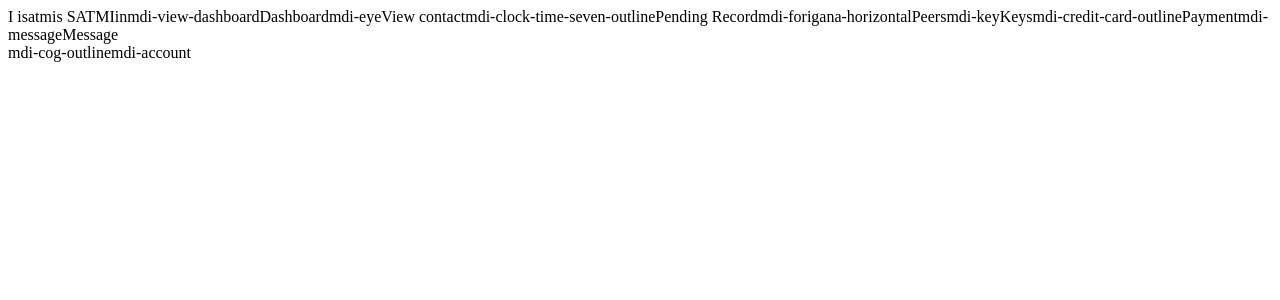
Repository: umarrg/isatmis
Page: /home
An editor plug-in stored every save of this project. The page is shown before and after a run of saves, followed by the edit.
The browser window is 1280 px wide. The pictures show the whole page.
The project was rebuilt for these pictures with package versions that can differ from the ones it lists, and the page was loaded fresh each time. Also part of the build but not shown: vue.config.js. Imported but missing from the stored project, and not drawn on this page: src/plugins/vuetify.

Above is the page before, as saved 2021-01-26 00:13:06.

After the next 2 saves:
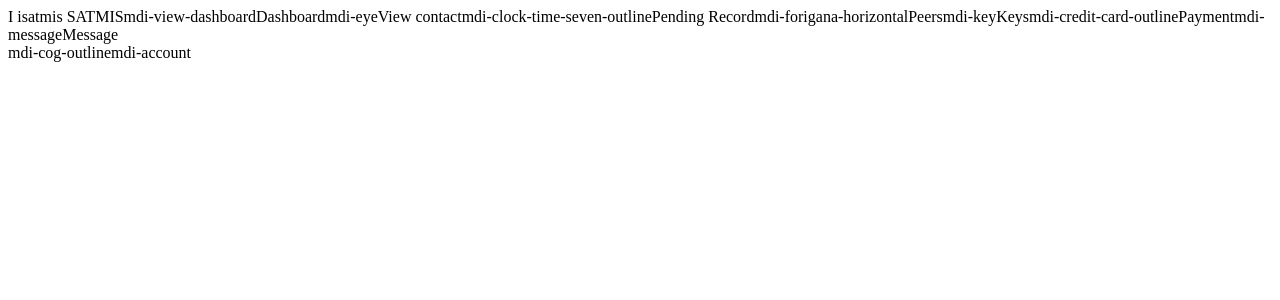
The 2 saves are shown as one change because they came seconds apart.
The last was saved 6 s later.
--- a/src/components/Navbar.vue
+++ b/src/components/Navbar.vue
@@ -38,8 +38,7 @@
             <span class="blue--text font-weight-black">T</span>
             <span class="blue--text font-weight-black">M</span>
             <span class="blue--text font-weight-black">I</span>
-            <span class="blue--text font-weight-black">i</span>
-            <span class="blue--text font-weight-black">n</span>
+            <span class="blue--text font-weight-black">S</span>
           </span>
         </v-flex>
       </v-layout>
